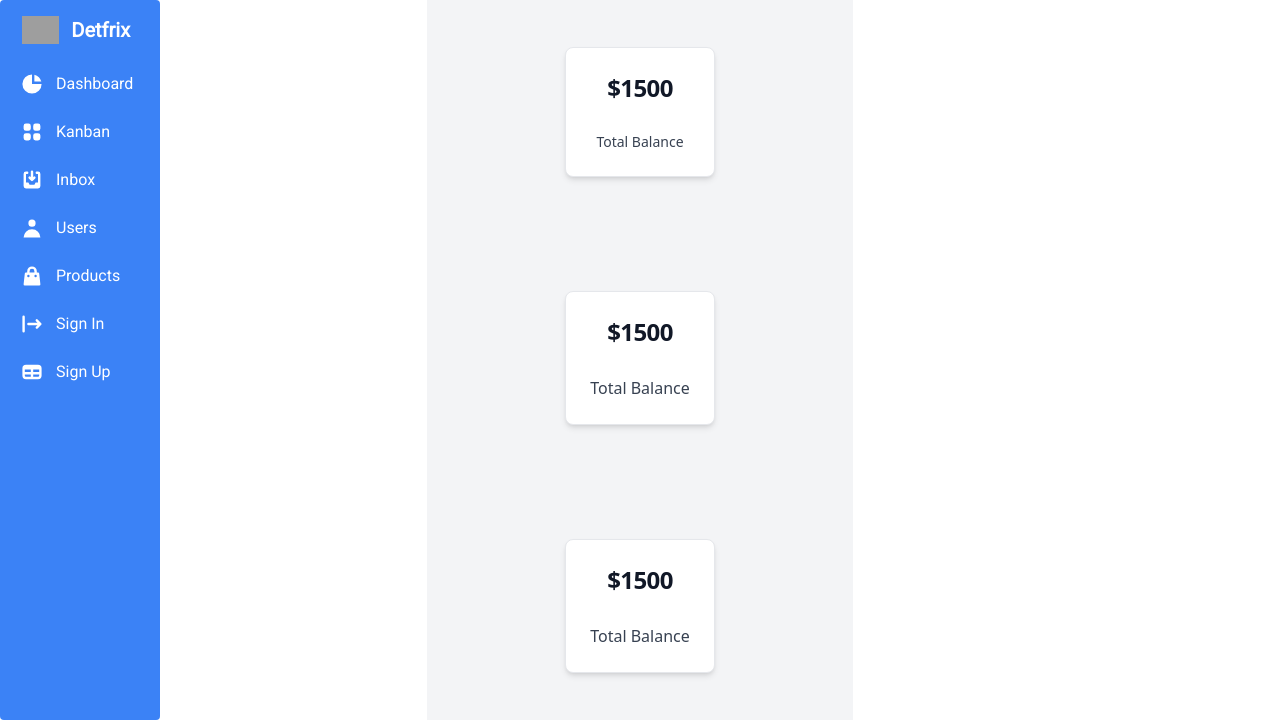
Repository: Elishaokon13/detfrix
Page: /dashboard
These files come from the project's save history. The page is drawn as it stood at one moment and after the next save; the edit follows.
The browser window is 1280 px wide. The pictures show the whole page.
Pictures or frames that could not be fetched are drawn as grey boxes. The project was rebuilt for these pictures with package versions that can differ from the ones it lists, and the page was loaded fresh each time. Also part of the build but not shown: src/pages/SignIn.jsx, src/components/HomeHero.jsx, src/components/Navbar.jsx, src/components/Banner.jsx, src/components/Features.jsx, src/components/Footer.jsx, src/components/Plan.jsx, src/components/Testimonals.jsx and 3 more.

Above is the page before, as saved 2022-10-03 22:11:10.

After the next save:
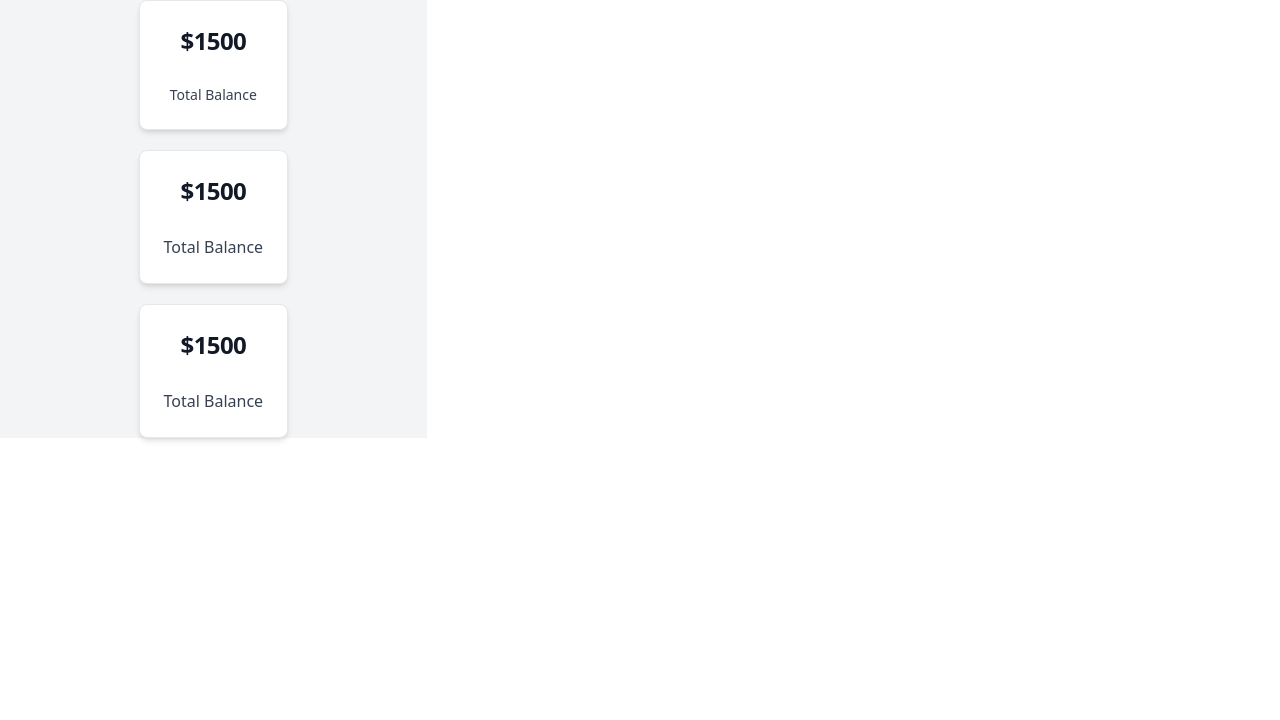
Saved 4 min 42 s later.
--- a/src/pages/Dashboard.jsx
+++ b/src/pages/Dashboard.jsx
@@ -6,7 +6,6 @@ export default function Dashboard() {
     return (
         <div className="grid grid-cols-3">
 
-           <Sidebar />
             <Portfolio />
 
         </div>
